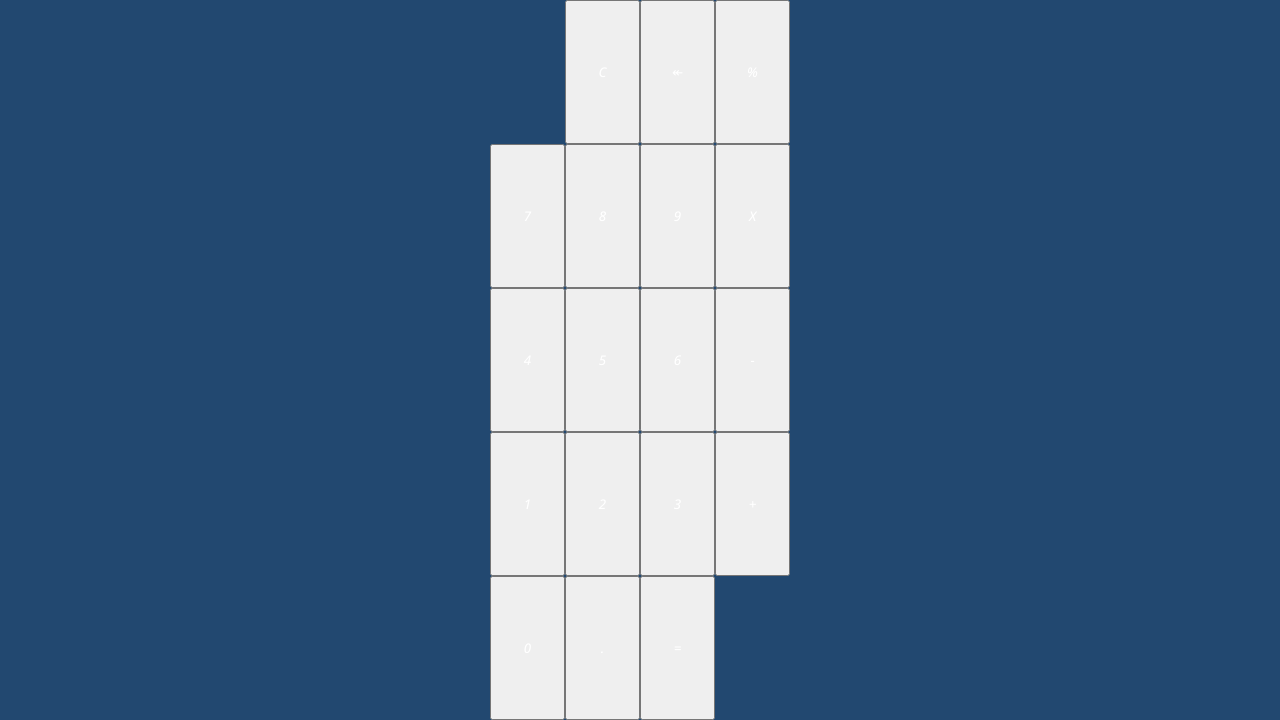
Repository: jhonenmanuel1/javaScript-calculator
Page: src/index.html
An editor plug-in stored every save of this project. The page is shown before and after the next save, followed by the edit.
The browser window is 1280 px wide. The pictures show the whole page.

Above is the page before, as saved 2022-08-02 23:08:08.

After the next save:
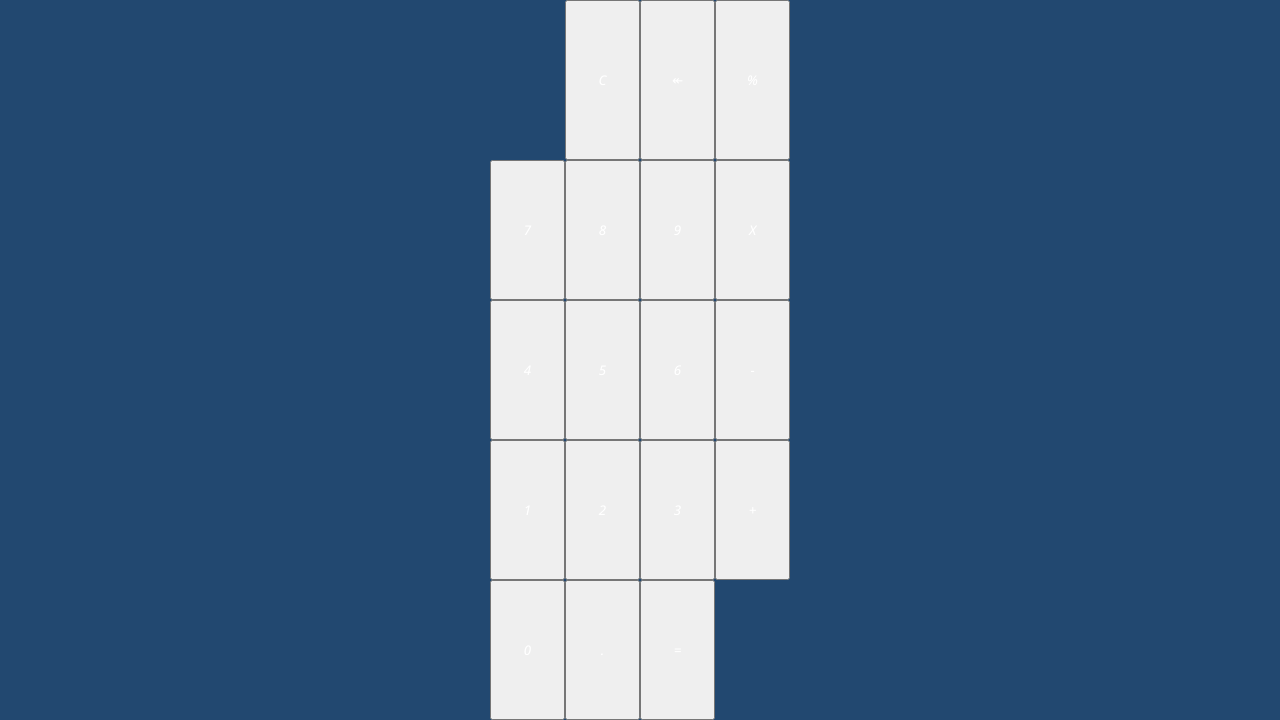
Saved 64 s later.
--- a/src/styles.css
+++ b/src/styles.css
@@ -15,5 +15,6 @@ body{
 .calculator{
     display: grid;
     grid-template-columns: repeat(4, 75px);
+    grid-template-rows: 160px;
 
 }
